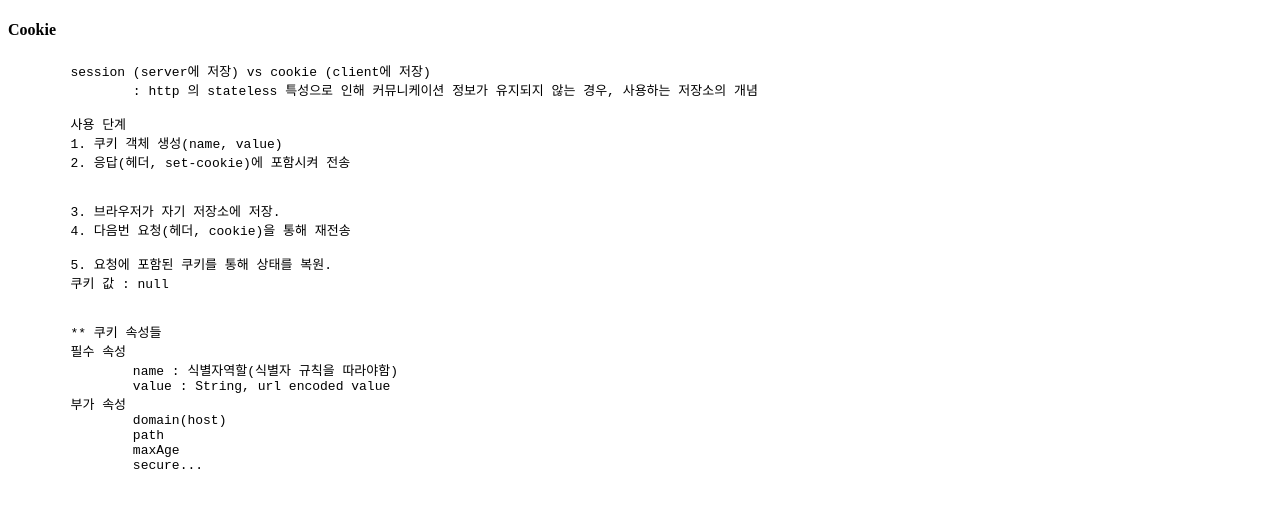
Repository: HEOGEUNJU/JSP
Page: http://localhost/WebStudy01/src/main/webapps/11/cookieDesc.jsp
An editor plug-in stored every save of this project. The page is shown before and after a run of saves, followed by the edit.
The browser window is 1280 px wide. The pictures show the whole page.
The page is served by Tomcat 9. Other server files are loaded and not shown.

Above is the page before, as saved 2022-12-22 08:07:20.

### WebStudy01/src/main/webapps/11/cookieDesc.jsp
<%@page import="java.net.URLEncoder"%>
<%@page import="kr.or.ddit.commons.wrapper.CookieHttpServletRequestWrapper"%>
<%@ page language="java" contentType="text/html; charset=UTF-8"
    pageEncoding="UTF-8"%>
<!DOCTYPE html>
<html>
<head>
<meta charset="UTF-8">
<title>11/cookieDesc.jsp</title>
</head>
<body>
<h4>Cookie</h4>
<pre>
	session (server에 저장) vs cookie (client에 저장)
		: http 의 stateless 특성으로 인해 커뮤니케이션 정보가 유지되지 않는 경우, 사용하는 저장소의 개념

	사용 단계
	1. 쿠키 객체 생성(name, value)
	2. 응답(헤더, set-cookie)에 포함시켜 전송
	<%
 		Cookie firstCookie = new Cookie("firstCookie", "firstValue");
		response.addCookie(firstCookie);
		String koreanValue = URLEncoder.encode("한글값","utf-8");
		Cookie koreanCookie = new Cookie("koreanCookie", koreanValue);
		response.addCookie(koreanCookie);
	%>

	3. 브라우저가 자기 저장소에 저장.
	4. 다음번 요청(헤더, cookie)을 통해 재전송

	5. 요청에 포함된 쿠키를 통해 상태를 복원.
	<%
		String findedValue = new CookieHttpServletRequestWrapper(request).getCookieValue("koreanCookie");
		out.println("쿠키 값 : "+findedValue);
	%>

	** 쿠키 속성들
	필수 속성
		name : 식별자역할(식별자 규칙을 따라야함)
		value : String, url encoded value
	부가 속성
		domain(host)
		path
		maxAge
		secure...
</pre>
</body>
</html>

### WebStudy01/src/main/java/kr/or/ddit/commons/wrapper/CookieHttpServletRequestWrapper.java
package kr.or.ddit.commons.wrapper;

import java.io.UnsupportedEncodingException;
import java.net.URLDecoder;
import java.util.HashMap;
import java.util.Map;
import java.util.Optional;

import javax.servlet.http.Cookie;
import javax.servlet.http.HttpServletRequest;
import javax.servlet.http.HttpServletRequestWrapper;

public class CookieHttpServletRequestWrapper extends HttpServletRequestWrapper{

	private Map<String, Cookie> cookieMap;

	public CookieHttpServletRequestWrapper(HttpServletRequest request) {
		super(request);
		cookieMap = new HashMap<>();
		Cookie[] cookies = request.getCookies();
		if(cookies != null) {
			for(Cookie tmp : cookies) {
				cookieMap.put(tmp.getName(), tmp);
			}
		}
	}

	public Cookie getCookie(String name) {
		return cookieMap.get(name);

	}
	public String getCookieValue(String name) {
		Cookie finded = getCookie(name);
		return Optional.ofNullable(finded)
						.map(cookie-> {
							try {
								return URLDecoder.decode(cookie.getValue(),"utf-8");
							} catch (UnsupportedEncodingException e) {
								throw new RuntimeException(e);
							}
						})
						.orElse(null);
		}
}

After the next 5 saves:
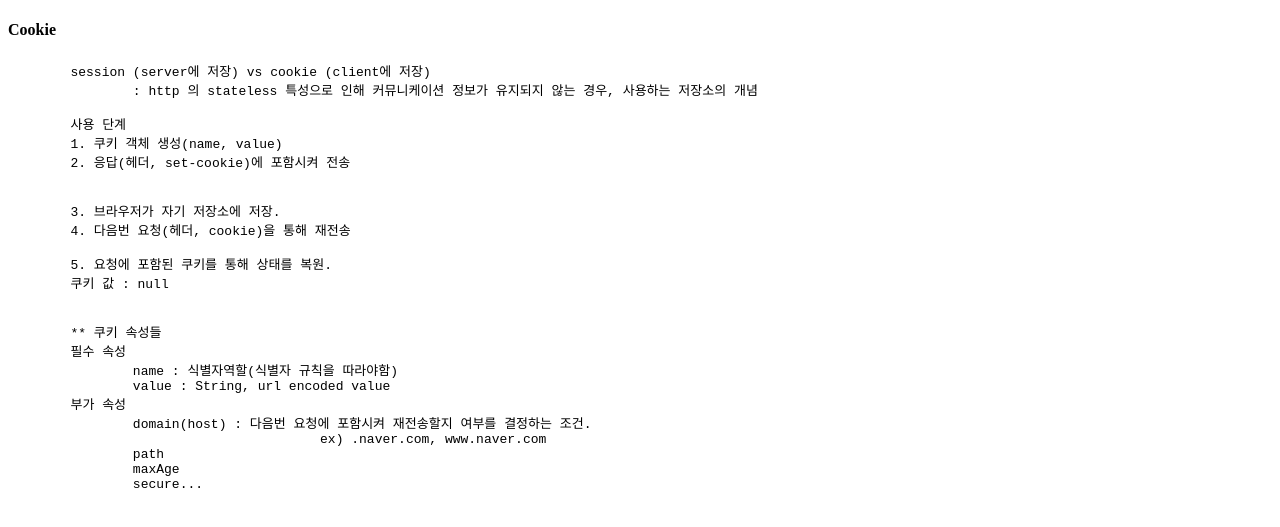
The 5 saves are shown as one change because 4 did not build or start.
The last was saved 11 min 7 s later.
--- a/WebStudy01/src/main/webapps/11/cookieDesc.jsp
+++ b/WebStudy01/src/main/webapps/11/cookieDesc.jsp
@@ -23,6 +23,10 @@
 		String koreanValue = URLEncoder.encode("한글값","utf-8");
 		Cookie koreanCookie = new Cookie("koreanCookie", koreanValue);
 		response.addCookie(koreanCookie);
+// 		Cookie domainCookie = new Cookie("domainCookie", "domain cookie value");
+// 		domainCookie.setDomain("www.naver.com");
+// 		response.addCookie(domainCookie);
+
 	%>
 
 	3. 브라우저가 자기 저장소에 저장.
@@ -39,7 +43,8 @@
 		name : 식별자역할(식별자 규칙을 따라야함)
 		value : String, url encoded value
 	부가 속성
-		domain(host)
+		domain(host) : 다음번 요청에 포함시켜 재전송할지 여부를 결정하는 조건.
+					ex) .naver.com, www.naver.com
 		path
 		maxAge
 		secure...
